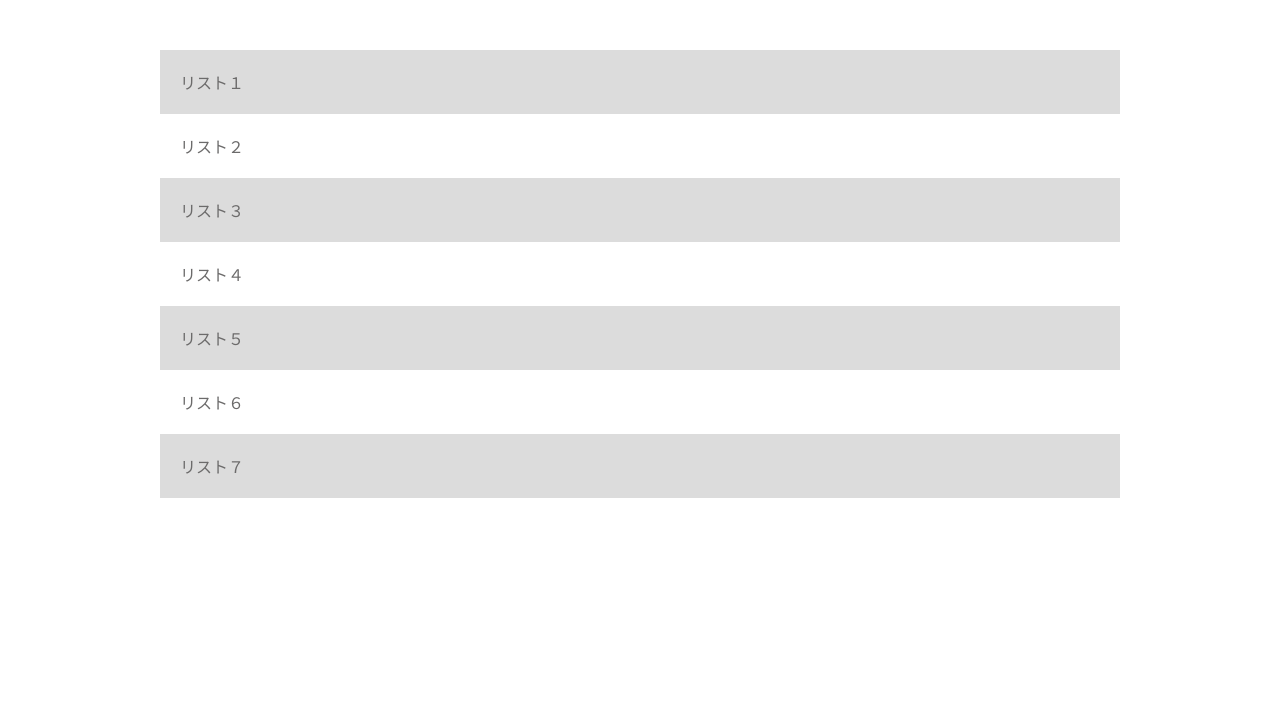
Repository: kiruha313/DWC
Page: exersise8/index.html
The author's editor kept a record of every edit. The page is drawn from the files as they stood at one moment, then again after the next edit.
The browser window is 1280 px wide. The pictures show the whole page.

Above is the page before.

After the next edit:
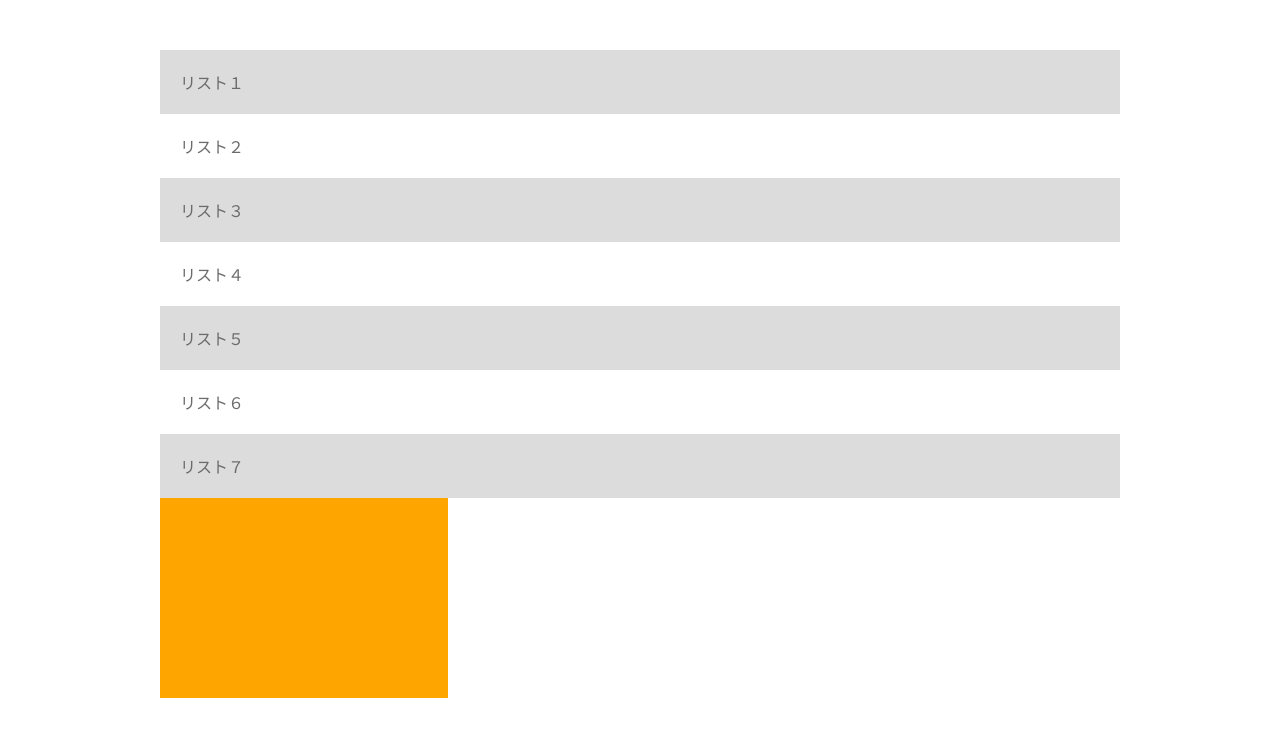
The edit:
--- a/exersise8/style.css
+++ b/exersise8/style.css
@@ -27,6 +27,8 @@
 }
 
 .color-box:nth-child(2) {
+  width: 30%;
+  height: 200px;
   background-color: orange;
 }
 
